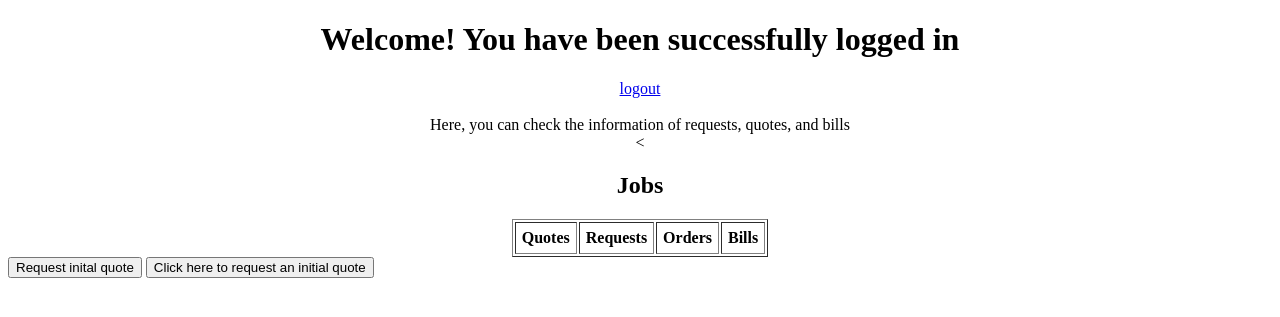
Repository: Sahithkonuganti/DatabaseProject
Page: http://localhost/database/clientpage.jsp
These files come from the project's save history. The page is drawn as it stood at one moment and after the next save; the edit follows.
The browser window is 1280 px wide. The pictures show the whole page.
The page is served by Tomcat 9. Other server files are loaded and not shown.

Above is the page before, as saved 2023-10-28 17:29:02.

### database/WebContent/clientpage.jsp
<%@ page language="java" contentType="text/html; charset=ISO-8859-1"
    pageEncoding="ISO-8859-1"%>
<%@ taglib uri="http://java.sun.com/jsp/jstl/core" prefix="c" %>

<!DOCTYPE html>
<html>
<head>
<meta charset="ISO-8859-1">
<title>Client page</title>
</head>
<!--  originally called activitypage.jsp -->
<center><h1>Welcome! You have been successfully logged in</h1> </center>


	<body>
	<center>
	<a href="login.jsp"target ="_self" > logout</a><br><br>
		<a>Here, you can check the information of requests, quotes, and bills</a>
			<div align="center"><<table border="1" cellpadding="6">
			<caption><h2>Jobs</h2></caption>
				<tr>
					<th>Quotes</th>
					<th>Requests</th>
					<th>Orders</th>
					<th>Bills</th>
				</tr>
			</table>
		</div>
		</center>
		<form action = "generate">
		<input type = "submit" value = "Request inital quote"/>
		<button href = InitalRequest.jsp>Click here to request an initial quote</button>
	</form>
	</body>
	</html>

After the next save:
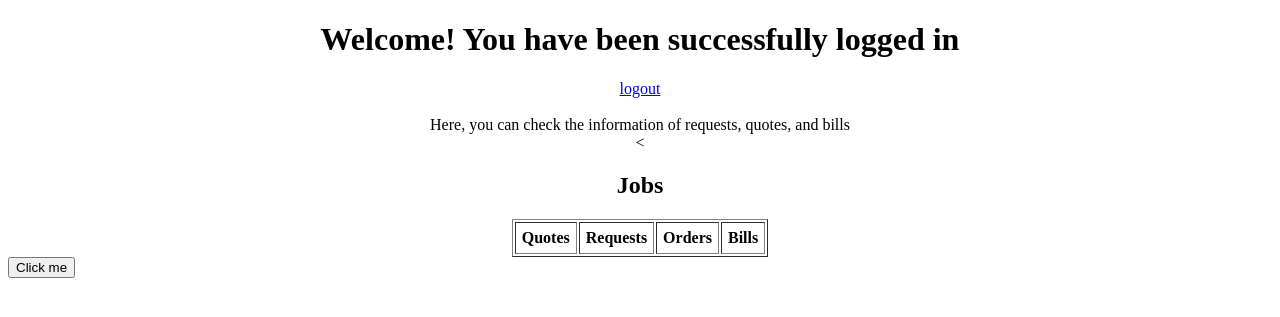
Saved 118 s later.
--- a/database/WebContent/clientpage.jsp
+++ b/database/WebContent/clientpage.jsp
@@ -27,9 +27,10 @@
 			</table>
 		</div>
 		</center>
-		<form action = "generate">
-		<input type = "submit" value = "Request inital quote"/>
-		<button href = InitalRequest.jsp>Click here to request an initial quote</button>
+		<form action = initalRequest.jsp>
+		<button>Click me</button>
+		<!-- <input type = "submit" value = "Request inital quote"/> -->
+
 	</form>
 	</body>
 	</html>
